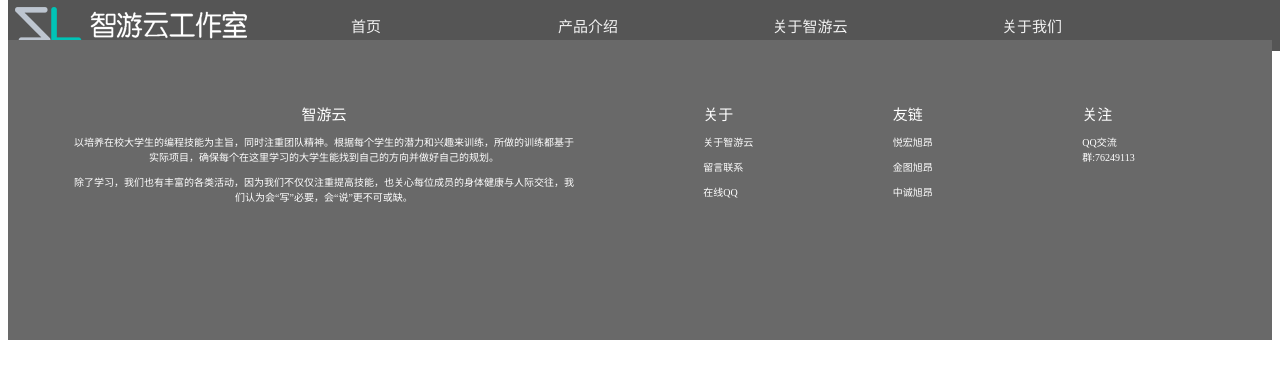
Repository: dakai1234/webTest
Page: 智游云1/product/product.html
The author's editor kept a copy of each file at every save. The page is drawn from the files as they stood at one save, then again after the next save.
The browser window is 1280 px wide. The pictures show the whole page.

Above is the page before, as saved 2021-04-10 07:43:04.

After the next save:
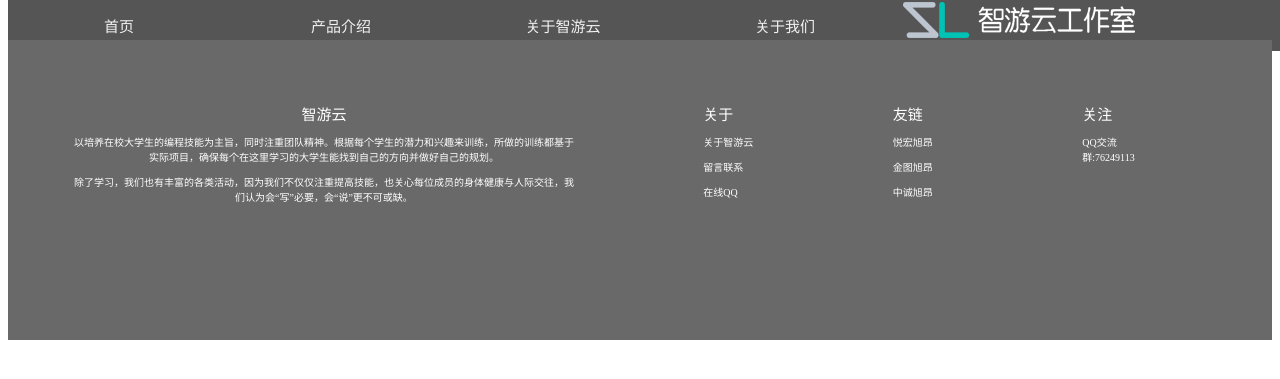
Saved 17 s later.
--- a/智游云1/headerCss/header.css
+++ b/智游云1/headerCss/header.css
@@ -23,8 +23,3 @@
 .header a:active {
     color: #333;
 }
-
-.logo_img {
-    float: left;
-    padding: 5px 0px;
-}
